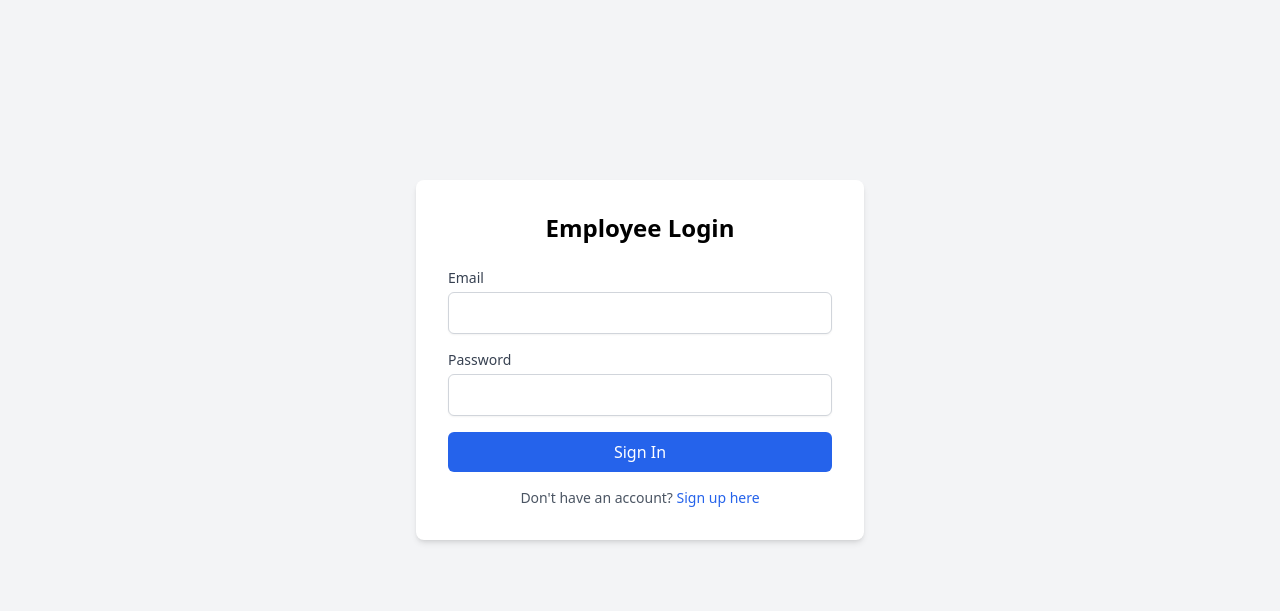
Repository: riyas-git-sys/Staffy
Page: /
These files come from the project's save history. The page is drawn as it stood at one moment and after the next save; the edit follows.
The browser window is 1280 px wide. The pictures show the whole page.
The project was rebuilt for these pictures with package versions that can differ from the ones it lists, and the page was loaded fresh each time. Also part of the build but not shown: vite.config.js, src/components/auth/SignupForm.jsx, src/pages/auth/SignupPage.jsx, src/components/layout/Header.jsx, src/components/layout/Sidebar.jsx, src/components/layout/DashboardLayout.jsx, src/pages/dashboard/DashboardPage.jsx, src/services/employeeService.js and 2 more.

Above is the page before, as saved 2025-07-18 21:36:06.

After the next save:
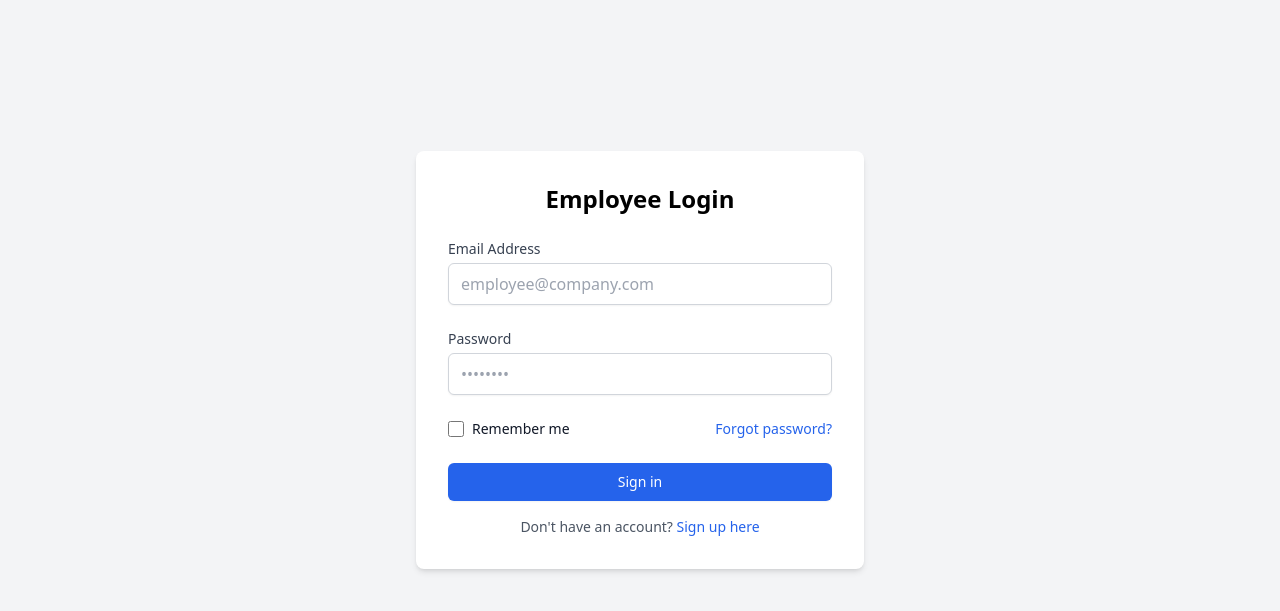
Saved 52 min 16 s later.
--- a/src/components/auth/LoginForm.jsx
+++ b/src/components/auth/LoginForm.jsx
@@ -1,44 +1,65 @@
-import { useState } from 'react'
-import { useNavigate } from 'react-router-dom'
-import { signInWithEmailAndPassword } from 'firebase/auth'
-import { auth } from '../../config/firebase'
-import Button from '../ui/Button'
-import Input from '../ui/Input'
+import { useState } from 'react';
+import { useNavigate } from 'react-router-dom';
+import { signInWithEmailAndPassword } from 'firebase/auth';
+import { auth } from '../../config/firebase';
+import Button from '../ui/Button';
+import Input from '../ui/Input';
 
 export default function LoginForm() {
-  const [email, setEmail] = useState('')
-  const [password, setPassword] = useState('')
-  const [error, setError] = useState('')
-  const [loading, setLoading] = useState(false)
-  const navigate = useNavigate()
+  const [email, setEmail] = useState('');
+  const [password, setPassword] = useState('');
+  const [error, setError] = useState('');
+  const [loading, setLoading] = useState(false);
+  const navigate = useNavigate();
 
   const handleSubmit = async (e) => {
-    e.preventDefault()
-    setError('')
-    setLoading(true)
+    e.preventDefault();
+    setError('');
+    setLoading(true);
 
     try {
-      console.log('Attempting login with:', email, password)
-      await signInWithEmailAndPassword(auth, email, password)
-      navigate('/')
+      await signInWithEmailAndPassword(auth, email, password);
+      navigate('/dashboard'); // Redirect to dashboard after login
     } catch (err) {
-      setError('Failed to login. Please check your credentials.')
-      console.error(err)
+      setError(getErrorMessage(err.code));
+      console.error("Login error:", err);
     } finally {
-      setLoading(false)
+      setLoading(false);
     }
-  }
+  };
+
+  const getErrorMessage = (code) => {
+    switch(code) {
+      case 'auth/invalid-email':
+        return 'Invalid email format';
+      case 'auth/user-not-found':
+      case 'auth/wrong-password':
+        return 'Invalid email or password';
+      case 'auth/too-many-requests':
+        return 'Account temporarily locked. Try again later';
+      case 'auth/network-request-failed':
+        return 'Network error. Please check your connection';
+      default:
+        return 'Login failed. Please try again';
+    }
+  };
 
   return (
-    <form onSubmit={handleSubmit} className="space-y-4">
-      {error && <p className="text-red-500 text-sm">{error}</p>}
+    <form onSubmit={handleSubmit} className="space-y-6">
+      {error && (
+        <div className="p-4 mb-4 text-sm text-red-700 bg-red-100 rounded-lg">
+          {error}
+        </div>
+      )}
 
       <Input
-        label="Email"
+        label="Email Address"
         type="email"
         value={email}
         onChange={(e) => setEmail(e.target.value)}
         required
+        autoComplete="email"
+        placeholder="employee@company.com"
       />
 
       <Input
@@ -47,11 +68,45 @@ export default function LoginForm() {
         value={password}
         onChange={(e) => setPassword(e.target.value)}
         required
+        autoComplete="current-password"
+        placeholder="••••••••"
       />
 
-      <Button type="submit" disabled={loading} className="w-full">
-        {loading ? 'Signing in...' : 'Sign In'}
+      <div className="flex items-center justify-between">
+        <div className="flex items-center">
+          <input
+            id="remember-me"
+            name="remember-me"
+            type="checkbox"
+            className="h-4 w-4 text-blue-600 focus:ring-blue-500 border-gray-300 rounded"
+          />
+          <label htmlFor="remember-me" className="ml-2 block text-sm text-gray-900">
+            Remember me
+          </label>
+        </div>
+
+        <div className="text-sm">
+          <a href="/forgot-password" className="font-medium text-blue-600 hover:text-blue-500">
+            Forgot password?
+          </a>
+        </div>
+      </div>
+
+      <Button
+        type="submit"
+        disabled={loading}
+        className="w-full flex justify-center py-2 px-4 border border-transparent rounded-md shadow-sm text-sm font-medium text-white bg-blue-600 hover:bg-blue-700 focus:outline-none focus:ring-2 focus:ring-offset-2 focus:ring-blue-500"
+      >
+        {loading ? (
+          <>
+            <svg className="animate-spin -ml-1 mr-3 h-5 w-5 text-white" xmlns="http://www.w3.org/2000/svg" fill="none" viewBox="0 0 24 24">
+              <circle className="opacity-25" cx="12" cy="12" r="10" stroke="currentColor" strokeWidth="4"></circle>
+              <path className="opacity-75" fill="currentColor" d="M4 12a8 8 0 018-8V0C5.373 0 0 5.373 0 12h4zm2 5.291A7.962 7.962 0 014 12H0c0 3.042 1.135 5.824 3 7.938l3-2.647z"></path>
+            </svg>
+            Signing in...
+          </>
+        ) : 'Sign in'}
       </Button>
     </form>
-  )
+  );
 }
